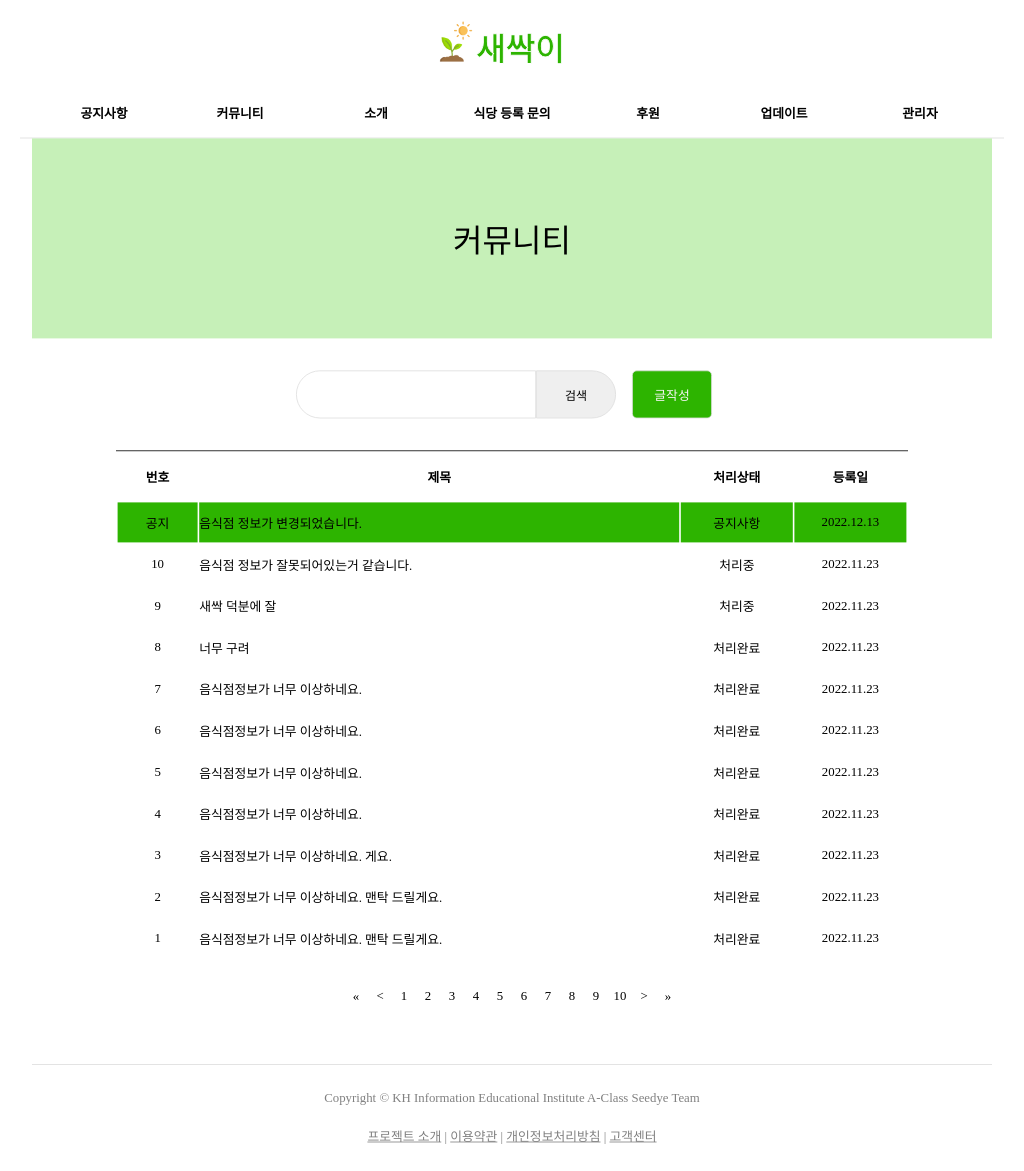
Repository: Seedye/Seedye
Page: team/src/main/webapp/html/board/board-list.html
The author's editor kept a copy of each file at every save. The page is drawn from the files as they stood at one save, then again after the next save.
The browser window is 1280 px wide. The pictures show the whole page, at 80% of full size.
The pointer rests on the first visible `.board-list-table > tbody> tr`.
Some web fonts or font styles are not loaded; a fallback is used.

Above is the page before, as saved 2022-12-14 16:49:01.

### team/src/main/webapp/html/board/board-list.html
<!DOCTYPE html>
<html lang="en">
<head>
    <meta charset="UTF-8">
    <meta http-equiv="X-UA-Compatible" content="IE=edge">
    <meta name="viewport" content="width=device-width, initial-scale=1.0">
    <title>boardList</title>
    <link rel="stylesheet" href="../../resources/css/header.css">
    <link rel="stylesheet" href="../../resources/css/boardList-style.css">
</head>
<body>
  <header>
        <!-- 헤더 -->
        <section id="header-container">
            <!-- 로고 -->
            <section id="logo-section">
                <a href="#"><img id="logo" src="../../resources/images/새싹이.png"></a>
                <a href="#" id="logo-content">새싹이</a>
            </section>
            <!-- 메뉴창 -->
            <nav id="nav-bar">
                <ul>
                    <li><a href="#"></a>공지사항</li>
                <li><a href="#"></a>커뮤니티</li>
                <li><a href="#"></a>소개</li>
                <li><a href="#"></a>식당 등록 문의</li>
                <li><a href="#"></a>후원</li>
                <li><a href="#"></a>업데이트</li>
                <li><a href="#"></a>관리자</li>
            </ul>
        </nav>
    </section>
    </header>
    <main>
      <!-- board 영역 -->
      <section class="board-body-area">
        <div class="board-title">커뮤니티</div>

        <!-- 검색 -->
        <div class="board-list-serch-write-area">
          <!-- 검색어 입력 input -->
          <div class="board-list-serch">
            <input type="text" >
          </div>
          <!-- 검색 버튼 -->
          <button>검색</button>
          <!-- 글작성 버튼 -->
          <div class="board-write-btn">글작성</div>
        </div>

        <!-- 게시글 리스트 영역 -->
        <div class="board-list-area">
          <!-- 게시글 나타나는 테이블 -->
          <table class="board-list-table">
            <thead class="board-list-thead">
              <th>번호</th>
              <th>제목</th>
              <th>처리상태</th>
              <th>등록일</th>
            </thead>
            <tbody>

              <!-- 공지 -->
              <tr>
                <td>공지</td>
                <td>음식점 정보가 변경되었습니다.</td>
                <td>공지사항</td>
                <td>2022.12.13</td>
      <!-- colspan="2" -->
              </tr>

              <!-- 게시물 -->
              <tr>
                <td>10</td>
                <td>음식점 정보가 잘못되어있는거 같습니다.</td>
                <td>처리중</td>
                <td>2022.11.23</td>
              </tr>

              <tr>
                <td>9</td>
                <td>새싹 덕분에 잘 </td>
                <td>처리중</td>
                <td>2022.11.23</td>
              </tr>

              <tr>
                <td>8</td>
                <td>너무 구려</td>
                <td>처리완료</td>
                <td>2022.11.23</td>
              </tr>

              <tr>
                <td>7</td>
                <td>음식점정보가 너무 이상하네요. </td>
                <td>처리완료</td>
                <td>2022.11.23</td>
              </tr>
              <tr>
                <td>6</td>
                <td>음식점정보가 너무 이상하네요.  </td>
                <td>처리완료</td>
                <td>2022.11.23</td>
              </tr>
              <tr>
                <td>5</td>
                <td>음식점정보가 너무 이상하네요.  </td>
                <td>처리완료</td>
                <td>2022.11.23</td>
              </tr>
              <tr>
                <td>4</td>
                <td>음식점정보가 너무 이상하네요. </td>
                <td>처리완료</td>
                <td>2022.11.23</td>
              </tr>
              <tr>
                <td>3</td>
                <td>음식점정보가 너무 이상하네요. 게요. </td>
                <td>처리완료</td>
                <td>2022.11.23</td>
              </tr>
              <tr>
                <td>2</td>
                <td>음식점정보가 너무 이상하네요. 맨탁 드릴게요. </td>
                <td>처리완료</td>
                <td>2022.11.23</td>
              </tr>
              <tr>
                <td>1</td>
                <td>음식점정보가 너무 이상하네요. 맨탁 드릴게요. </td>
                <td>처리완료</td>
                <td>2022.11.23</td>
              </tr>
            </tbody>


          </table>

            <ul class="board-list-page-area">
              <li>&laquo;</li>
              <li>&lt;</li>
              <li>1</li>
              <li>2</li>
              <li>3</li>
              <li>4</li>
              <li>5</li>
              <li>6</li>
              <li>7</li>
              <li>8</li>
              <li>9</li>
              <li>10</li>
              <li>&gt;</li>
              <li>&raquo;</li>
            </ul>
            <!-- <div class="board-list-page-num"></div>
            <div class="board-list-page-num"></div> -->
          </div>

      </section>
    </main>

    <footer>
        <p>
            Copyright &copy; KH Information Educational Institute A-Class Seedye Team
        </p>
        <article>
            <a href="#">프로젝트 소개</a>
            <span>|</span>
            <a href="#">이용약관</a>
            <span>|</span>
            <a href="#">개인정보처리방침</a>
            <span>|</span>
            <a href="#">고객센터</a>
        </article>
    </footer>

</body>
</html>

### team/src/main/webapp/resources/css/header.css

@font-face {
    font-family: 'yg-jalnan';
    src: url('https://cdn.jsdelivr.net/gh/projectnoonnu/noonfonts_four@1.2/JalnanOTF00.woff') format('woff');
    font-weight: normal;
    font-style: normal;
}


@font-face {
    font-family: 'NIXGONM-Vb';
    src: url('https://cdn.jsdelivr.net/gh/projectnoonnu/noonfonts_six@1.2/NIXGONM-Vb.woff') format('woff');
    font-weight: normal;
    font-style: normal;
}

*{
    box-sizing: border-box;
    margin: 0;
    padding: 0;
}

body{
    display: flex;
    justify-content: center;
    align-items: center;
    flex-direction: column;
}


#logo-section{
    width: 1200px;
    display: flex;
    justify-content: center;
    align-items: center;
    margin-top: 20px;
}

#logo{
    width: 50px;
    height: 50px;
}

#logo-content{
    color: #2db400;
    -webkit-text-stroke: 1px white;
    text-decoration: none;
    font-weight: bold;
    font-family: yg-jalnan;
    font-size: 40px;
    padding-top: 10px;
}

#nav-bar{
    display: flex;
    justify-content: center;
    margin: 20px 0px  0px  0px;
}

#nav-bar > ul {
    width: 100%;
    display: flex;
    justify-content: space-between;
    font-weight: bold;
    border-bottom: 1px solid #ddd;
    padding: 0px 20px;
}

#nav-bar > ul > li{
    font-family: NIXGONM-Vb;
    float: left;
    display: flex;
    justify-content: center;
    padding: 20px 35px;
    border-radius: 6px;
    cursor: pointer;
    width: 170px;
    height: auto;
}

#nav-bar > ul > li:hover{
    background-color: rgba(45, 180, 0, 0.6);
    color: white;
    transition-duration: 0.3s;
}

footer {
    width: 1200px;
    height: 134px;
    color: gray;
    font-size: var(--small-font-size);
    padding: 20px 0;

    display: flex;
    flex-direction: column;
    justify-content: space-around;
    align-items: center;

    /* position: absolute; */
    bottom: 0;

    border-top: 1px solid #ddd;
  }

  footer a {
    color: gray;
  }

### team/src/main/webapp/resources/css/boardList-style.css
*{
  font-family: "NIXGONM-Vb";
}

.board-title{
  /* margin-top: 0; */
  width: 1200px;
  height: 250px;
  background-color: #c6f0b8;
  display: flex;
  justify-content: center;
  align-items: center;
  font-size: 40px;
}
/* 검색 영역 스타일 */
.board-list-serch-write-area{
  display: flex;
  align-items: center;
  justify-content: center;
  margin-top: 20px;
  margin-bottom: 20px;

}
.board-list-serch{
  width: 300px;
  height: 60px;
  border-radius: 30px 0 0 30px;
  border: 1px solid #ddd;

  display: flex;
    justify-content: end;
    align-items: center;
}
.board-list-serch > input{
  width: 260px;
  height: 50px;
  border: 0px;
  font-size: 20px;
}
.board-list-serch > input:focus{
  outline: none;

}
.board-list-serch-write-area > button{
  height: 60px;
  width: 100px;
  border-radius: 0 30px 30px 0;
  border: 1px solid #ddd;
  font-size: 15px;
  cursor: pointer;
}

.board-write-btn{
  margin: 20px;
  width: 100px;
  height: 60px;
  display: flex;
  align-items: center;
  border-radius: 6px;
  justify-content: center;
  border: 1px solid #ddd;
  cursor: pointer;
  background-color: #2db400;
  color: whitesmoke;
}
.board-write-btn:hover{
  transition-duration: 0.2s;
  background-color: #2aa800;
  box-shadow: 1px 1px 1px 1px rgb(216, 216, 216);
  border:none;
}
/* 테이블 스타일 */
.board-list-table{
  text-align: center;

  margin: auto;
  /* width: 90vw; */
  border-top: 1px solid black;
}
/* .board-list-area{
  height: 500px;
} */
.board-list-thead{
  height: 60px;
  /* background-color: red; */
  border-top: 2px solid red;
}
.board-list-thead > tr{
  border: 2px solid red;
}
/* 게시글 번호 부분 */
.board-list-table > tbody > tr > td:first-child {
  width: 100px;
  height: 50px;
  cursor: pointer;
  /* background-color: blueviolet; */

  /* text-align: center; */
}
/* 게시물 제목 부분 */
.board-list-table > tbody > tr > td:nth-child(2){
  /* display: block; */
  width: 600px;
  height: 50px;
  text-align: left;
  cursor: pointer;

}
/* 게시글 처리상태/등록일 부분 */
.board-list-table > tbody > tr > td:nth-child(3),
.board-list-table > tbody > tr > td:nth-child(4){
  /* width: 140px; */
  min-width: 140px;
  height: 50px;
  cursor: pointer;
  /* background-color: red; */
}

/* {
  width: 140px;
  height: 50px;

} */

.board-list-table > tbody> tr{

  height: 50px;
}
.board-list-table > tbody> tr:hover{
  background-color: #2db400;

}
/* .board-list-table > tbody > tr > td:hover{
  background-color: #d8f0d0;
} */

/* 페이지 넘기기 스타일 */
.board-list-page-area{
  display: flex;
  justify-content: center;
  margin-top: 30px;
  margin-bottom: 70px;
}

.board-list-page-area>li{
  display: flex;
  justify-content: center;
  align-items: center;
  width: 30px;
  height: 30px;
  list-style:none;
  cursor: pointer;
  /* padding-left: 0px; */
}
.board-list-page-area>li:hover{
  /* background-color: #061a00; */
  border-bottom: 1px solid #2db400;
}

After the next save:
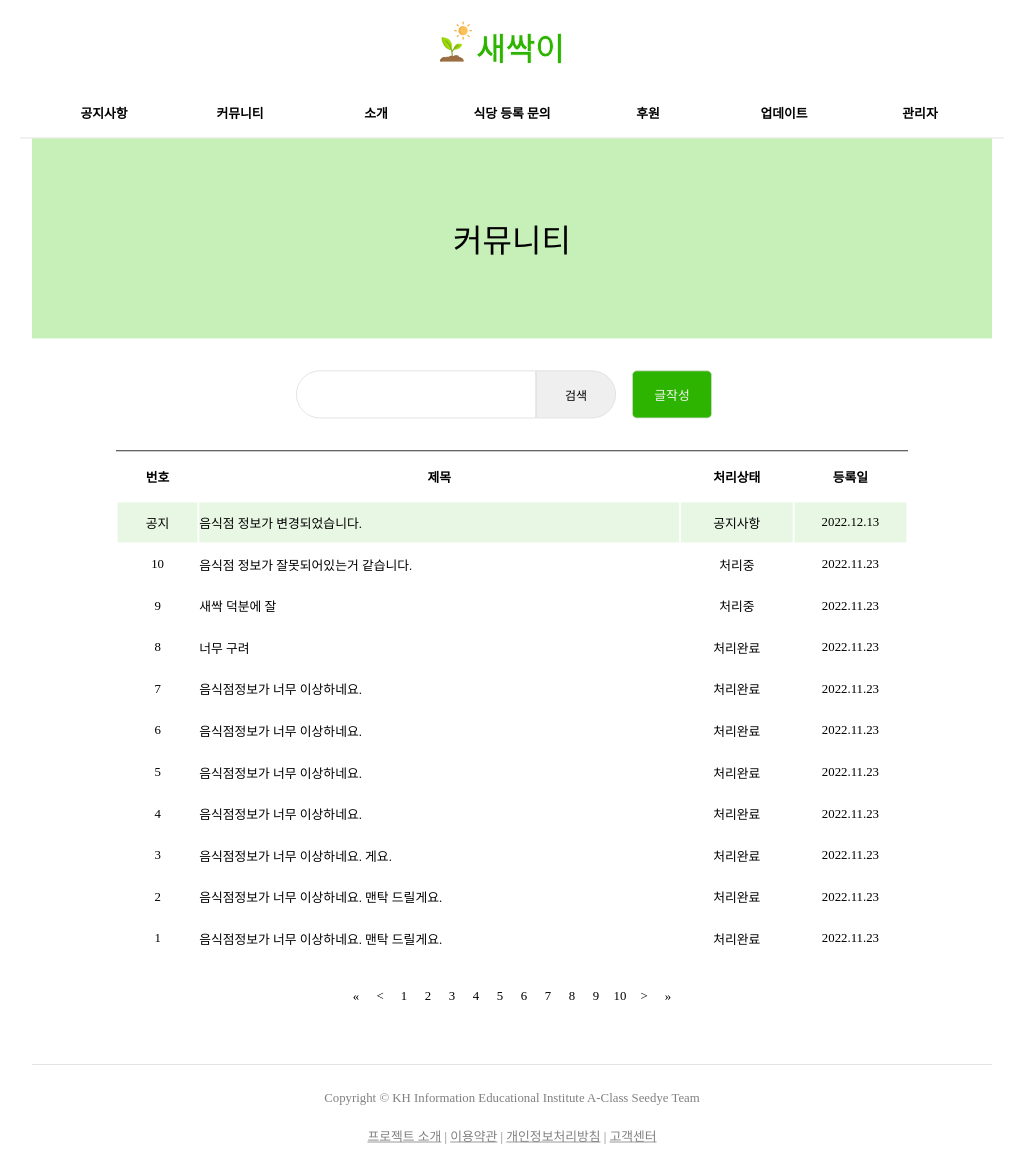
Saved 8 s later.
--- a/team/src/main/webapp/resources/css/boardList-style.css
+++ b/team/src/main/webapp/resources/css/boardList-style.css
@@ -127,7 +127,7 @@
   height: 50px;
 }
 .board-list-table > tbody> tr:hover{
-  background-color: #2db400;
+  background-color: #2db4001c;
 
 }
 /* .board-list-table > tbody > tr > td:hover{
